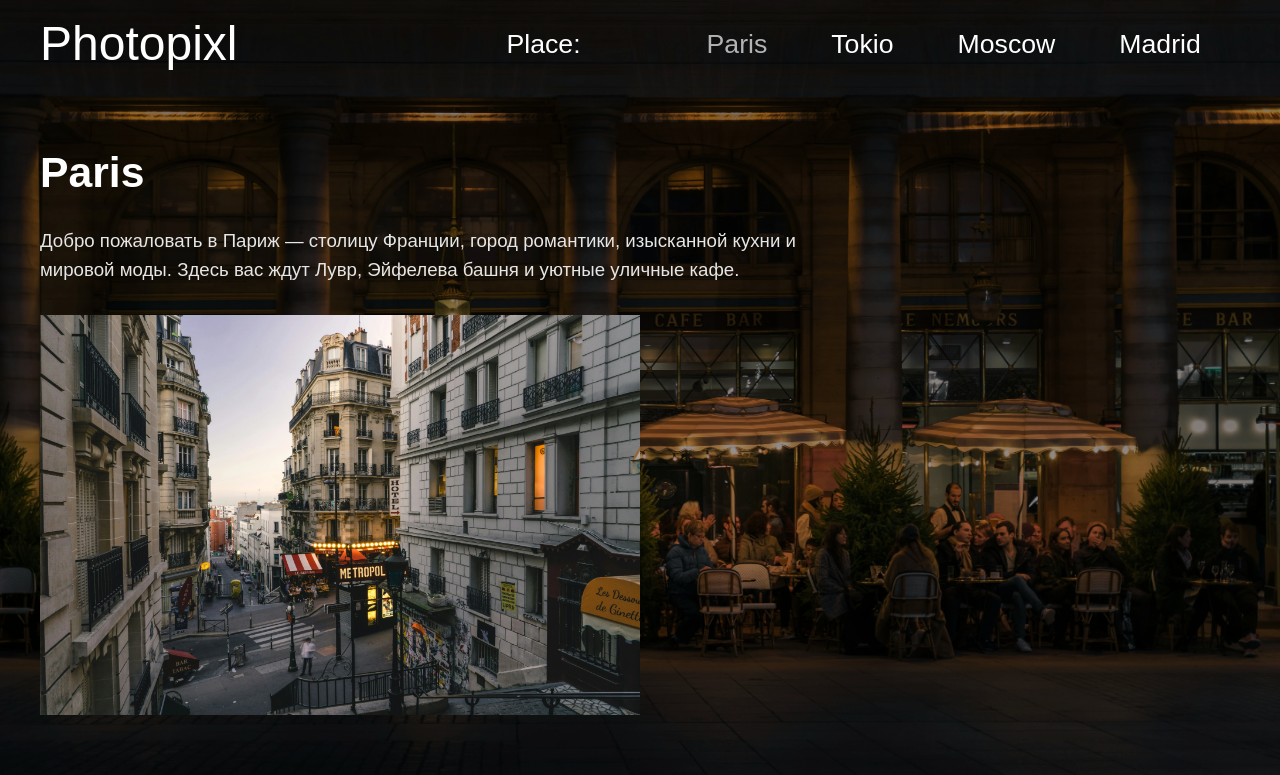
Repository: git-daniil/place-site
Page: index.html
These files come from the project's save history. The page is drawn as it stood at one moment and after the next save; the edit follows.
The browser window is 1280 px wide. The pictures show the whole page.
Backgrounds fixed to the window are drawn as part of the page. Some web fonts or font styles are not loaded; a fallback is used.

Above is the page before, as saved 2026-05-19 18:04:20.

After the next save:
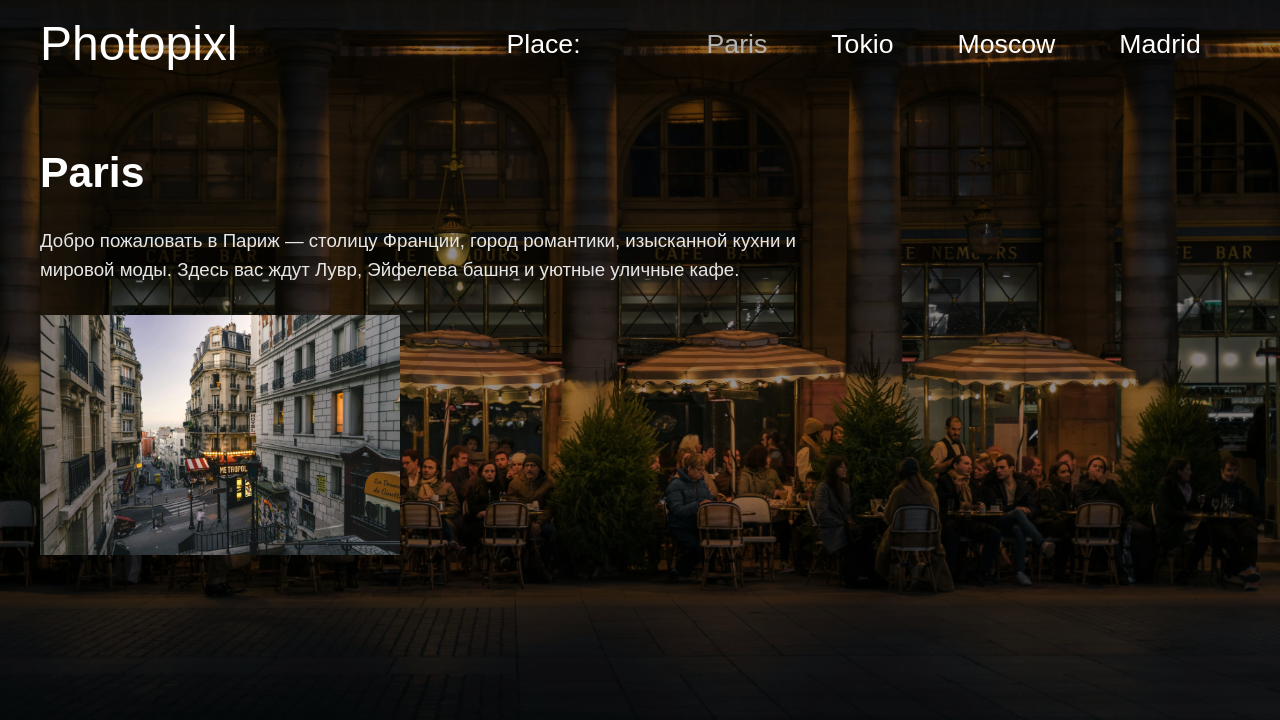
Saved 11 s later.
--- a/style.css
+++ b/style.css
@@ -81,7 +81,7 @@ body {
 
 .content-image {
     display: block;
-    max-width: 50%;
+    max-width: 30%;
     height: auto;
     margin-top: 30px;
 }
